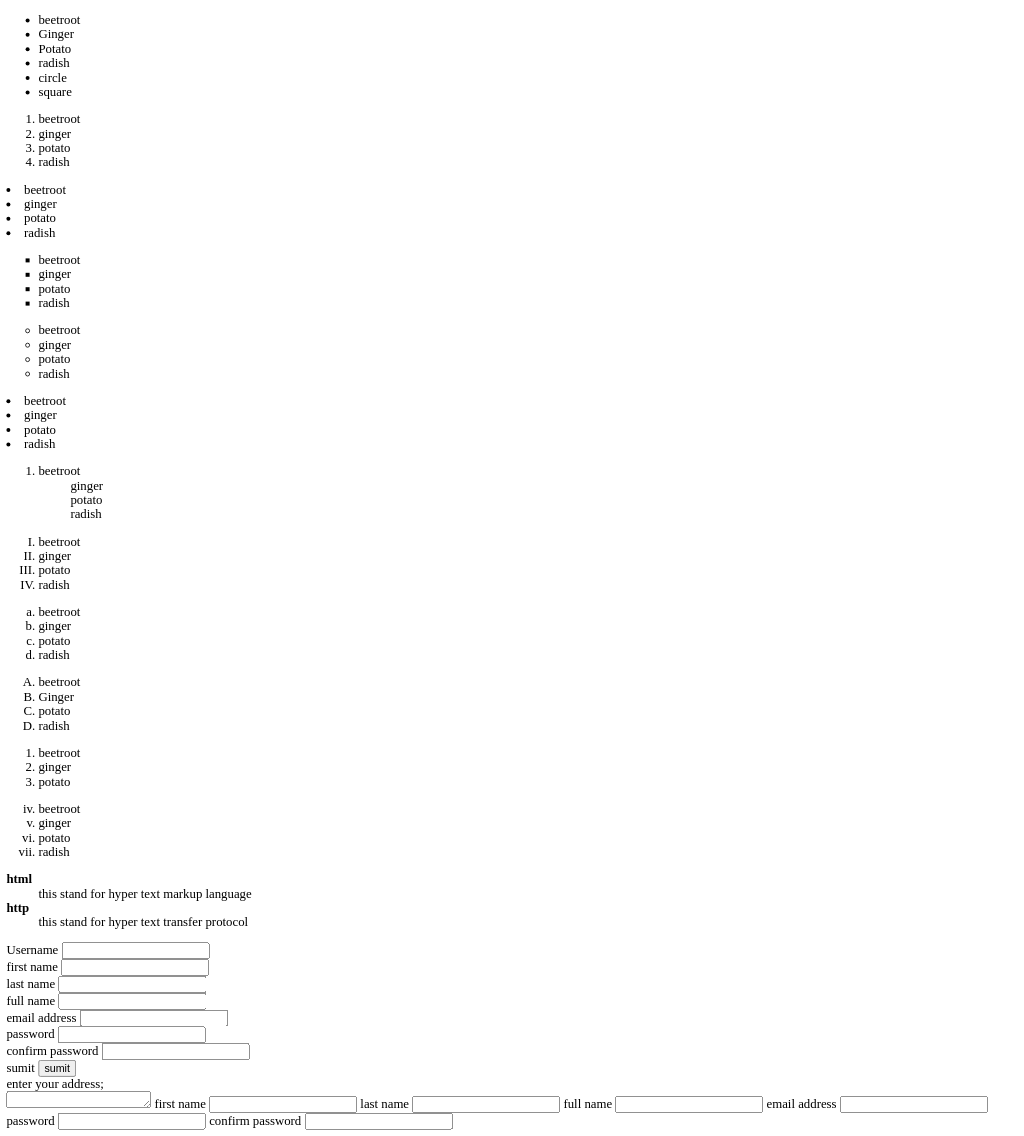
Repository: Achuut/first-code-lessons
Page: Achut.HTML
The author's editor kept a copy of each file at every save. The page is drawn from the files as they stood at one save, then again after a run of saves.
The browser window is 1280 px wide. The pictures show the whole page, at 80% of full size.

Above is the page before, as saved 2023-03-08 11:47:48.

After the next 2 saves:
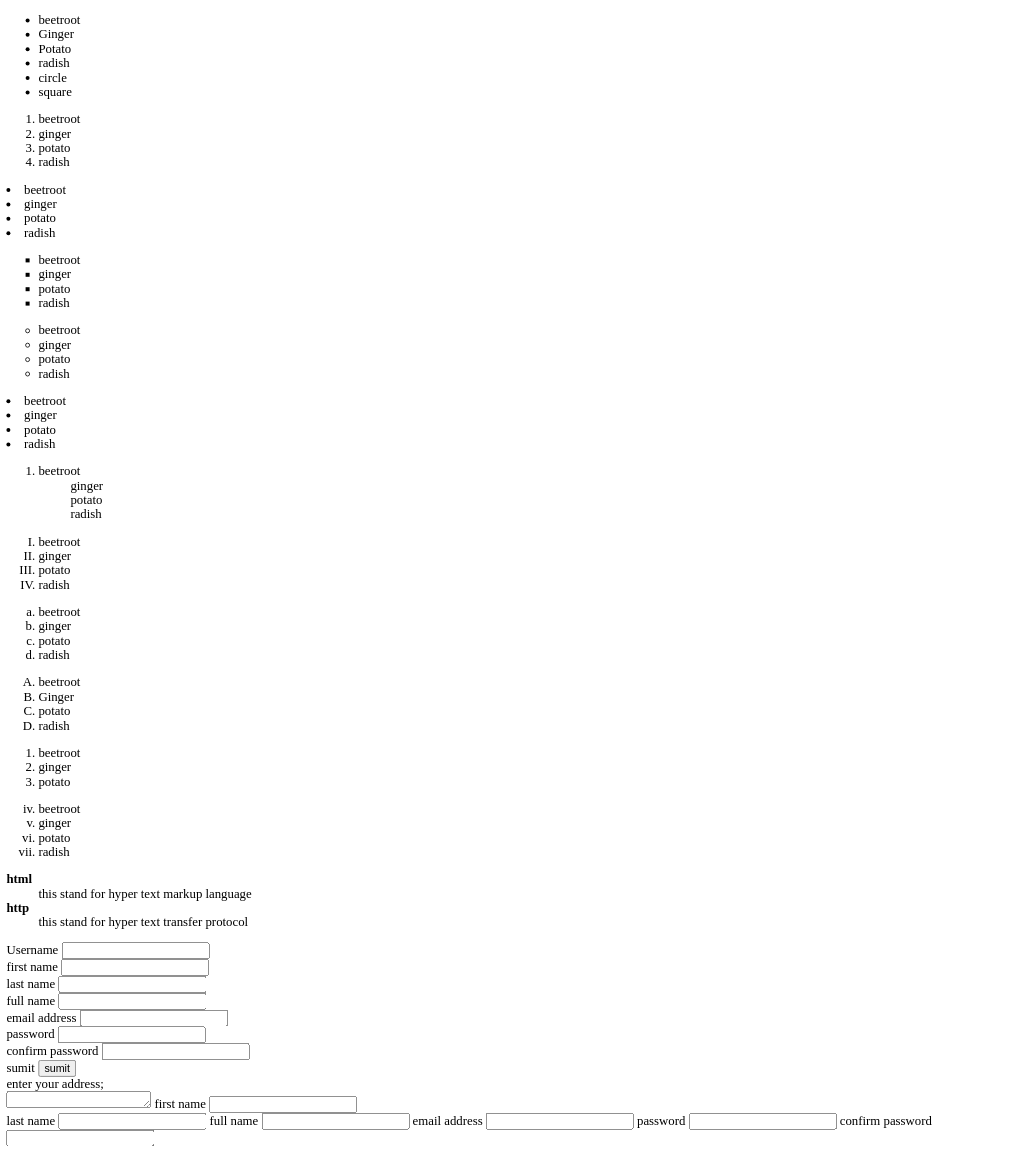
The 2 saves are shown as one change because they came seconds apart.
The last was saved 11 s later.
--- a/Achut.HTML
+++ b/Achut.HTML
@@ -100,7 +100,7 @@
       <form>
       enter your address;<br>
       <textarea name="2" id="" cols="20" rows="1"></textarea>
-      first name <input type="text" name="firstname">
+      first name <input type="text" name="firstname"><br>
       last name <input type="text" name="lastname">
       full name <input type="text" name="fullname">
       email address <input type="text" name="email">
